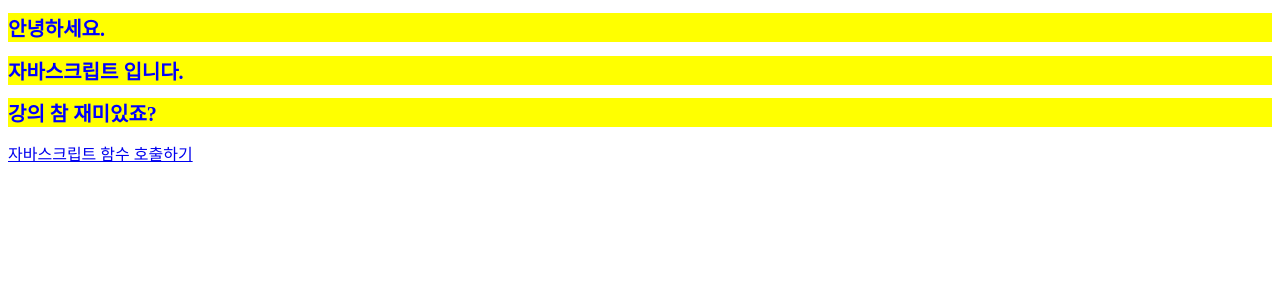
Repository: codelily98/Web
Page: JavaScript/src/main/webapp/javascript/exam19-3.html
An editor plug-in stored every save of this project. The page is shown before and after the next save, followed by the edit.
The browser window is 1280 px wide. The pictures show the whole page.

Above is the page before, as saved 2024-08-20 06:39:51.

### JavaScript/src/main/webapp/javascript/exam19-3.html
<!DOCTYPE html>
<html>
<head>
<meta charset="UTF-8">
<title>querySelector</title>
<style type="text/css">
.myid {
	background: #ff0;
	font-size: 20px;
	font-weight: blod;
	color: #00f;
}
</style>
</head>
<body>
	<h1 class="myid">안녕하세요.</h1>
	<h1 class="myid">자바스크립트 입니다.</h1>
	<h1 class="myid">강의 참 재미있죠?</h1>
	<a href="#" onclick="doPrint()">자바스크립트 함수 호출하기</a>

<script type="text/javascript">
	var myTags = document.querySelectorAll(".myid");
	alert(myTags);

	for(var i=0; i<myTags.length; i++) {
		myTags.innerText = "스크립트가 실행되었습니다.";
	}
</script>
</body>
</html>

After the next save:
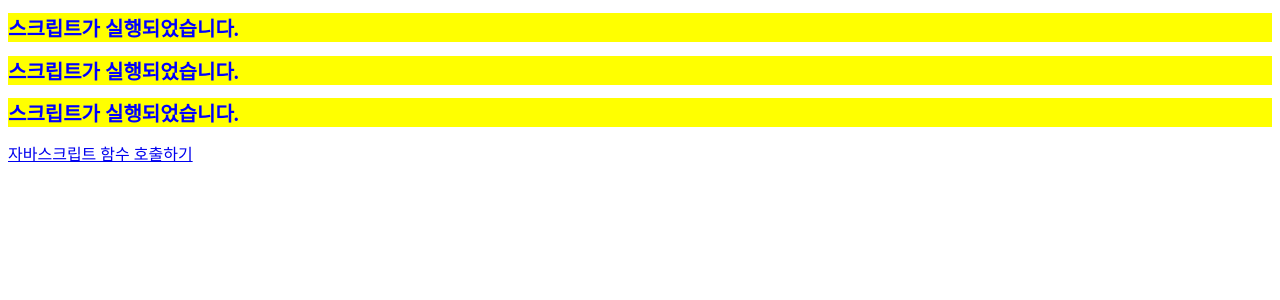
Saved 8 s later.
--- a/JavaScript/src/main/webapp/javascript/exam19-3.html
+++ b/JavaScript/src/main/webapp/javascript/exam19-3.html
@@ -23,7 +23,7 @@
 	alert(myTags);
 
 	for(var i=0; i<myTags.length; i++) {
-		myTags.innerText = "스크립트가 실행되었습니다.";
+		myTags[i].innerText = "스크립트가 실행되었습니다.";
 	}
 </script>
 </body>
